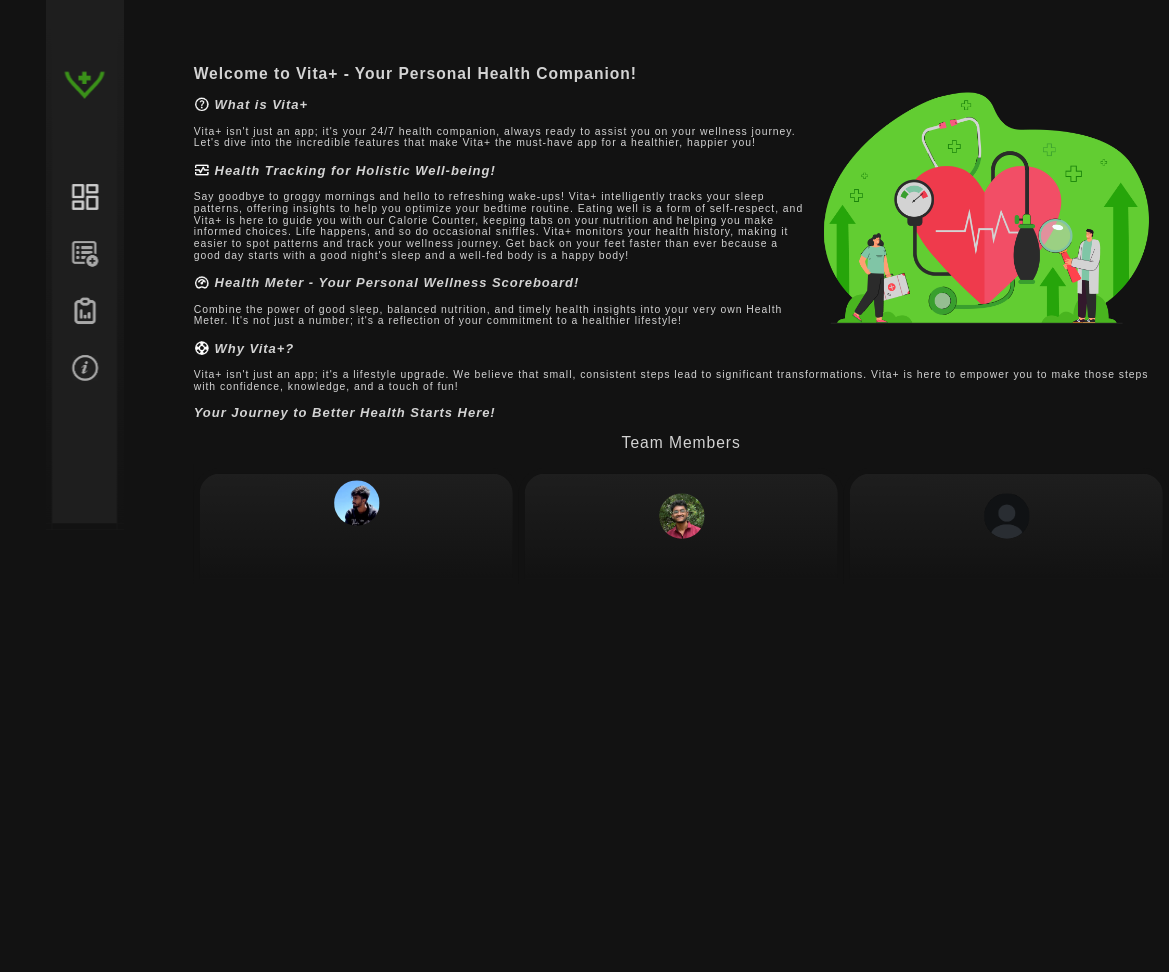
Repository: mhmd-bilal/health-analytics-dashboard
Page: http://localhost/project/info.jsp
The author's editor kept a copy of each file at every save. The page is drawn from the files as they stood at one save, then again after the next save.
The browser window is 1280 px wide. The page is 1798 px wide, so the pictures cover 1798 px, including what lies to the right of the window. The pictures show the whole page, at 65% of full size.
Some web fonts or font styles are not loaded; a fallback is used. Some web libraries are served in a nearby version. The page is served by Tomcat 10.

Above is the page before, as saved 2023-12-07 18:05:02.

After the next save:
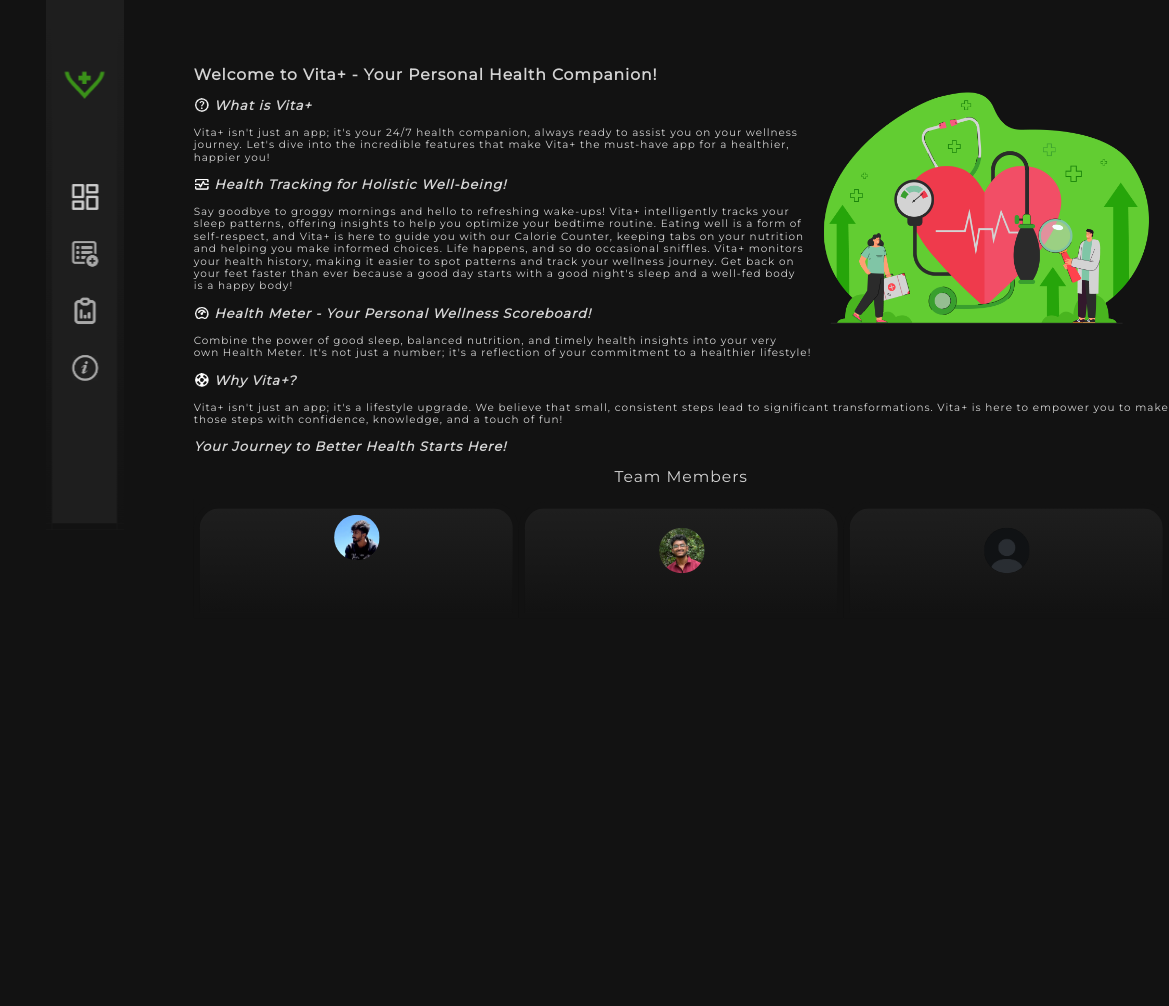
Saved 24 s later.
--- a/project/src/main/webapp/info.jsp
+++ b/project/src/main/webapp/info.jsp
@@ -8,7 +8,7 @@
         <meta charset="UTF-8">
         <meta name="viewport" content="width=device-width, initial-scale=1.0">
         <title>Your Health Dashboard</title>
-        <link rel="stylesheet" href="https://fonts.googleapis.com/css?family=Kanit">
+  <link rel="stylesheet" href="https://fonts.googleapis.com/css?family=Montserrat">
         <link rel="stylesheet" type="text/css" href="styles2.css">
         <meta name="viewport" content="width=device-width, initial-scale=1">
         <script src='https://cdnjs.cloudflare.com/ajax/libs/jquery/3.2.1/jquery.min.js'></script>
